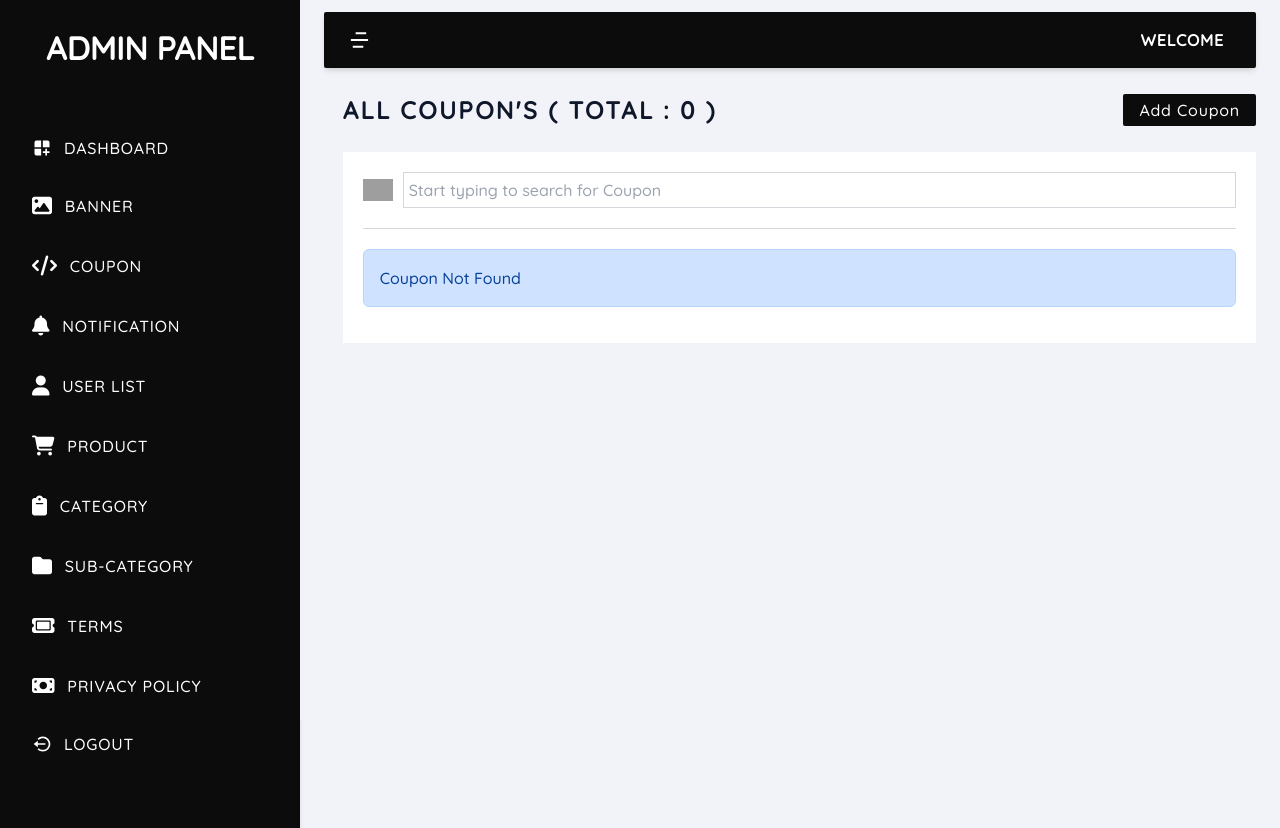
Repository: FlyweisReact/Sudarshan
Page: /coupon
The author's editor kept a copy of each file at every save. The page is drawn from the files as they stood at one save, then again after a run of saves.
The browser window is 1280 px wide. The pictures show the whole page.
Pictures or frames that could not be fetched are drawn as grey boxes. The page's requests for data from a server got no answer. Some web libraries are served in a nearby version. The project was rebuilt for these pictures with package versions that can differ from the ones it lists, and the page was loaded fresh each time. No one was signed in, and anything a server would have sent is missing. Also part of the build but not shown: src/Admin/forms/AdminLogin.jsx, src/Admin/pages/Dashboard/AdminDashboard.js, src/Admin/pages/Banner/AdminBanner.js, src/Admin/pages/subcategory/AdminSubCategory.js, src/Admin/pages/category/AdminCategory.js, src/Admin/pages/Product/AdminProduct.js, src/Admin/pages/Product/AdminSingleProduct.js, src/Admin/pages/Order/AdminOrder.js and 12 more.

Above is the page before, as saved 2023-09-11 16:04:46.

After the next 2 saves:
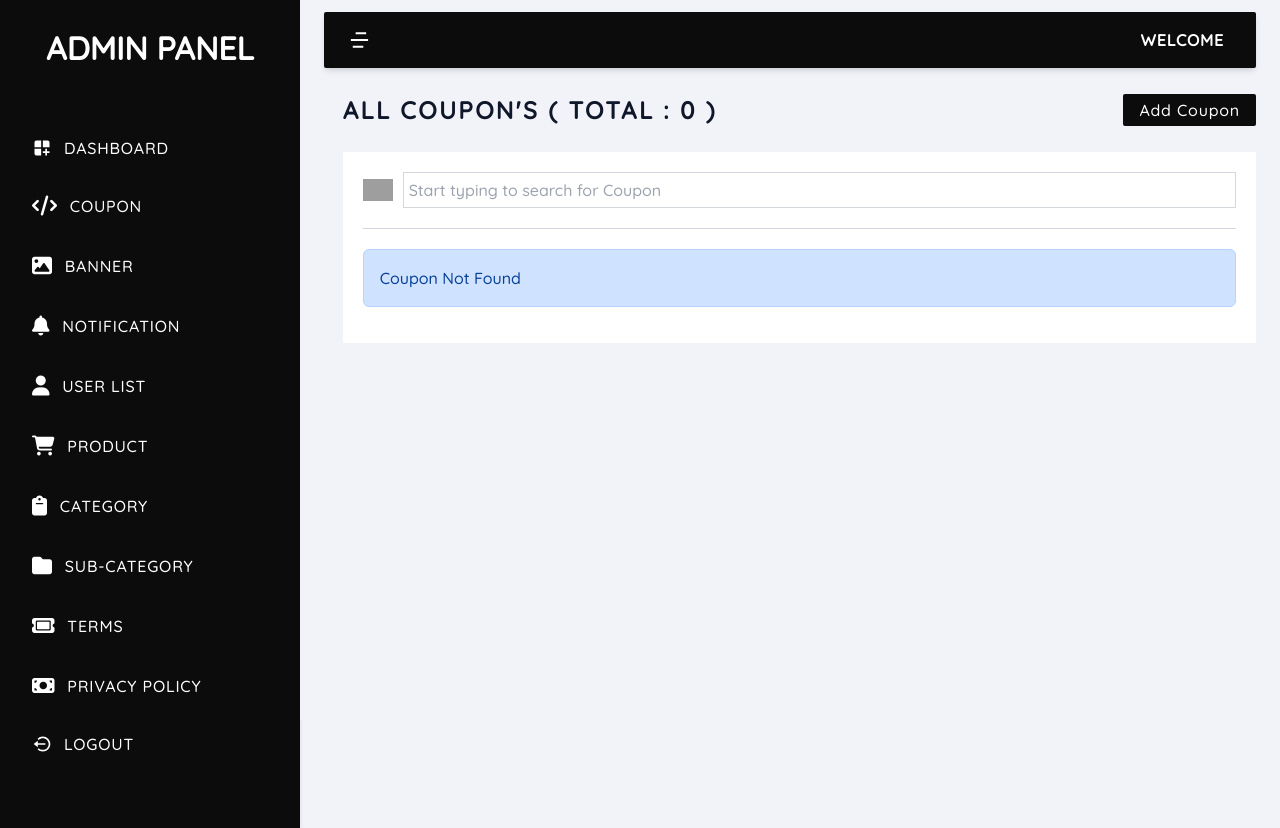
The 2 saves are shown as one change because they came seconds apart.
The last was saved 34 s later.
--- a/src/Admin/layout/Sidebar.jsx
+++ b/src/Admin/layout/Sidebar.jsx
@@ -17,14 +17,14 @@ const Sidebar = ({ hamb, setHamb }) => {
       name: "Dashboard",
     },
     {
+      icon: <i className="fa-solid fa-code text-xl mr-3 rounded-full " />,
+      link: "/coupon",
+      name: "Coupon",
+    },
+    {
       icon: <i className="fa-solid fa-image text-xl mr-3 rounded-full " />,
       link: "/admin/banner ",
       name: "Banner",
-    },
-    {
-      icon: <i className="fa-solid fa-code text-xl mr-3 rounded-full " />,
-      link: "/coupon",
-      name: "Coupon",
     },
 
     {
@@ -37,7 +37,6 @@ const Sidebar = ({ hamb, setHamb }) => {
       link: "/user-list",
       name: "User List",
     },
-
 
     {
       icon: (
@@ -71,7 +70,9 @@ const Sidebar = ({ hamb, setHamb }) => {
       name: "Terms",
     },
     {
-      icon: <i className=" fa-solid fa-money-bill text-xl mr-3 rounded-full " />,
+      icon: (
+        <i className=" fa-solid fa-money-bill text-xl mr-3 rounded-full " />
+      ),
       link: "/admin/COD",
       name: "Privacy Policy",
     },
@@ -82,8 +83,6 @@ const Sidebar = ({ hamb, setHamb }) => {
     navigate("/admin-login");
     toast.success("Logged Out");
   };
-
-
 
   return (
     <>
